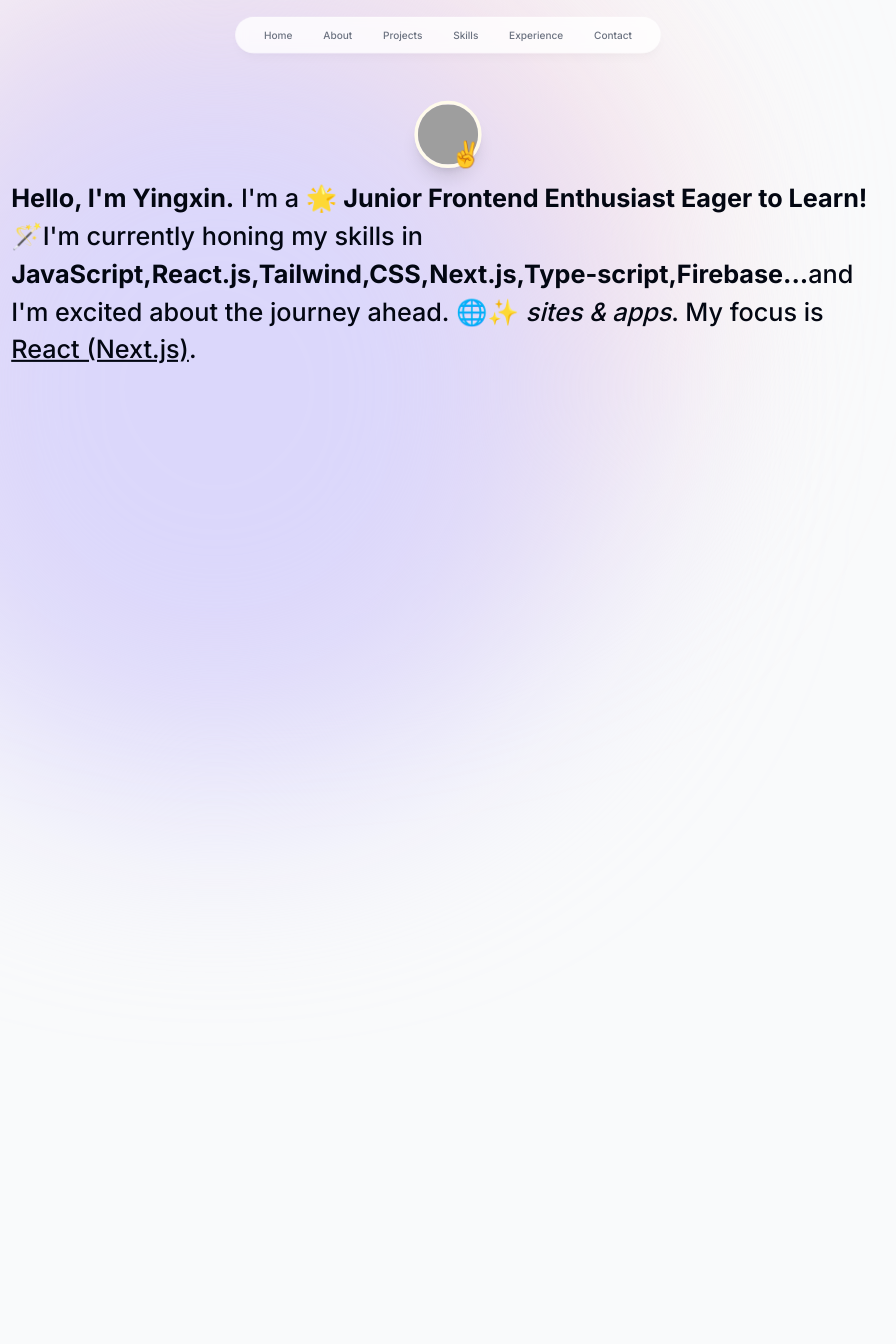
Repository: Tracy-maker/portfolio_website
Page: /
These files come from the project's save history. The page is drawn as it stood at one moment and after a run of saves; the edit follows.
The browser window is 1280 px wide. The pictures show the part of the page from y = 0 to 1920 px (the page is 5000 px tall), at 70% of full size.
Pictures or frames that could not be fetched are drawn as grey boxes. The project was rebuilt for these pictures with package versions that can differ from the ones it lists, and the page was loaded fresh each time. The framework's server and built-in components were replaced by stand-ins that run in the browser. Also part of the build but not shown: next.config.js.

Above is the page before, as saved 2023-10-02 17:53:48.

After the next 2 saves:
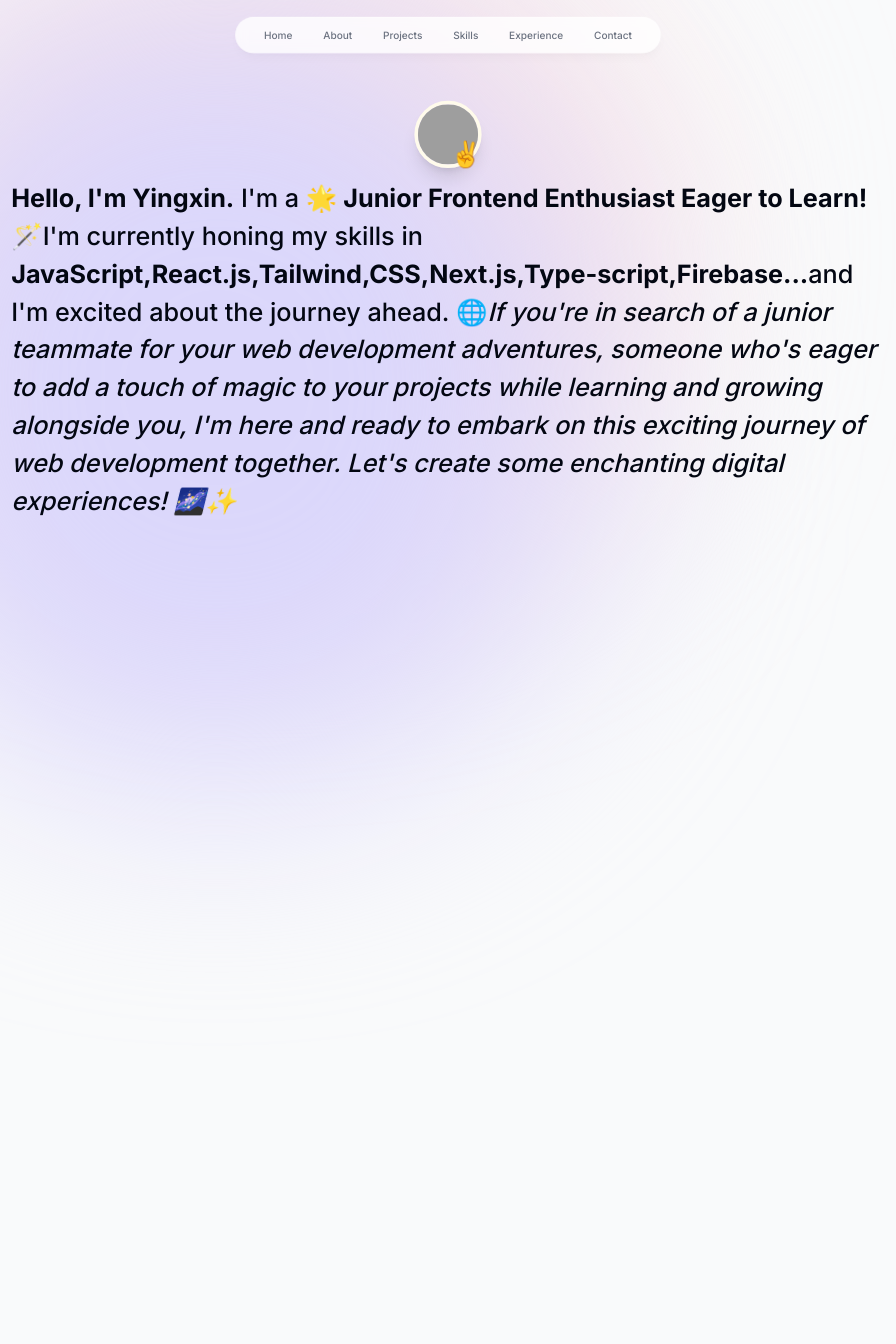
The 2 saves are shown as one change because they came seconds apart.
The last was saved 81 s later.
--- a/components/intro.tsx
+++ b/components/intro.tsx
@@ -56,8 +56,14 @@
         <span className="font-bold">
           {""} JavaScript,React.js,Tailwind,CSS,Next.js,Type-script,Firebase...
         </span>
-        and I'm excited about the journey ahead. 🌐✨ <span className="italic">sites & apps</span>. My focus
-        is <span className="underline">React (Next.js)</span>.
+        and I'm excited about the journey ahead. 🌐
+        <span className="italic">
+          If you're in search of a junior teammate for your web development
+          adventures, someone who's eager to add a touch of magic to your
+          projects while learning and growing alongside you, I'm here and ready
+          to embark on this exciting journey of web development together. Let's
+          create some enchanting digital experiences! 🌌✨
+        </span>
       </motion.h1>
     </section>
   );
